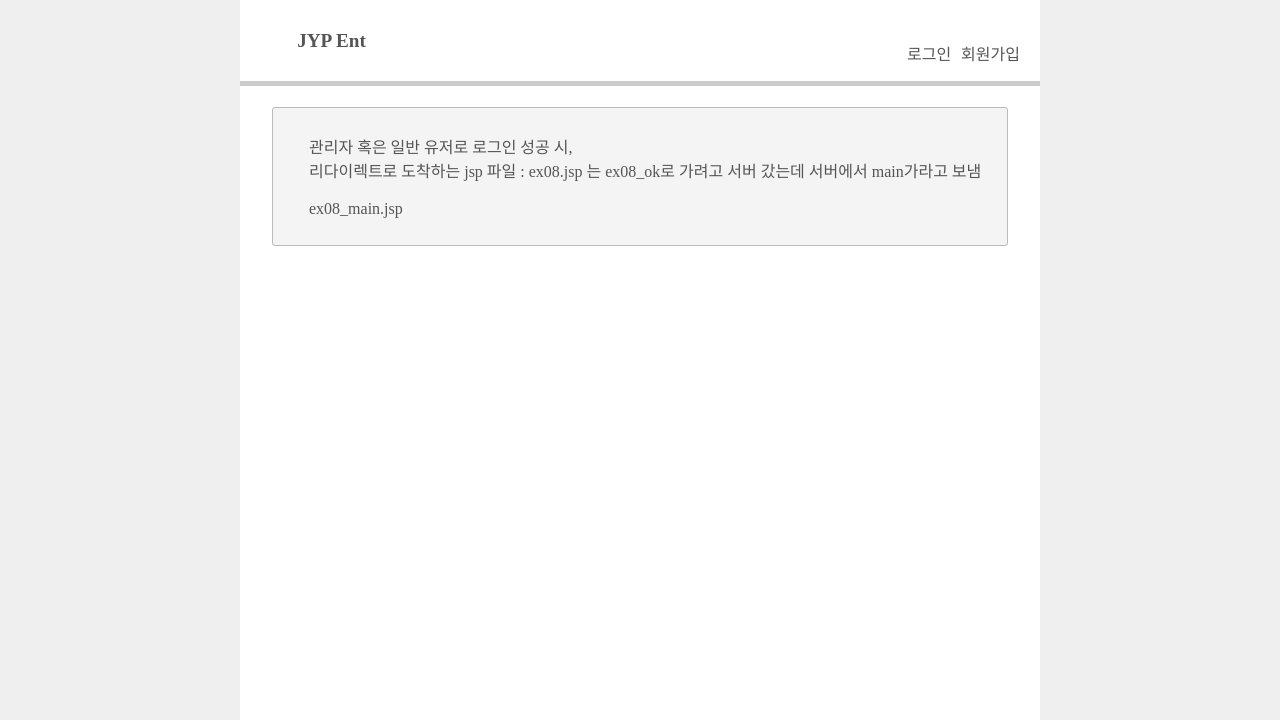
Repository: junyong231/JSP-SSIT
Page: http://localhost/jspPro/days03/ex08_main.jsp
These files come from the project's save history. The page is drawn as it stood at one moment and after a run of saves; the edit follows.
The browser window is 1280 px wide. The pictures show the whole page.
Some web fonts or font styles are not loaded; a fallback is used. The page is served by Tomcat 9.

Above is the page before, as saved 2024-10-17 06:38:26.

After the next 2 saves:
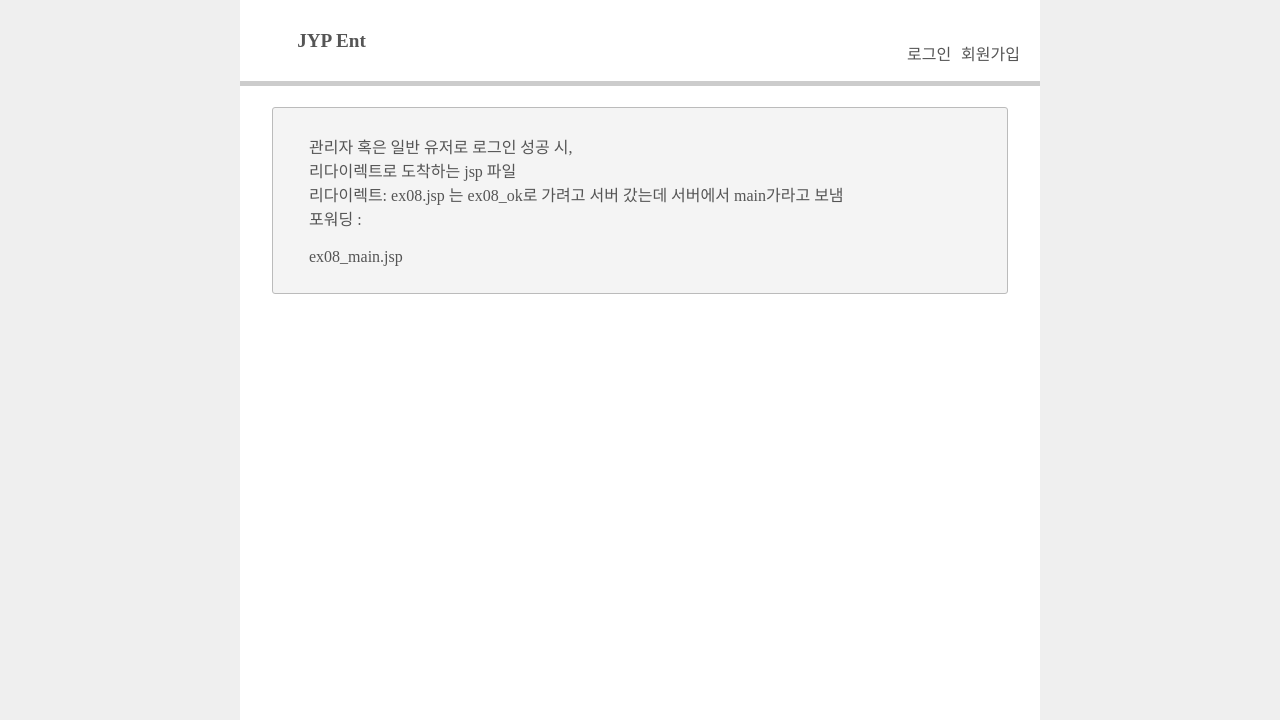
The 2 saves are shown as one change because they came seconds apart.
The last was saved 11 s later.
--- a/jspPro/src/main/webapp/days03/ex08_main.jsp
+++ b/jspPro/src/main/webapp/days03/ex08_main.jsp
@@ -27,7 +27,9 @@
 <div>
   <xmp class="code">
      관리자 혹은 일반 유저로 로그인 성공 시,
-     리다이렉트로 도착하는 jsp 파일 : ex08.jsp 는 ex08_ok로 가려고 서버 갔는데 서버에서 main가라고 보냄
+     리다이렉트로 도착하는 jsp 파일
+     리다이렉트: ex08.jsp 는 ex08_ok로 가려고 서버 갔는데 서버에서 main가라고 보냄
+     포워딩 :
 
      ex08_main.jsp
   </xmp>
